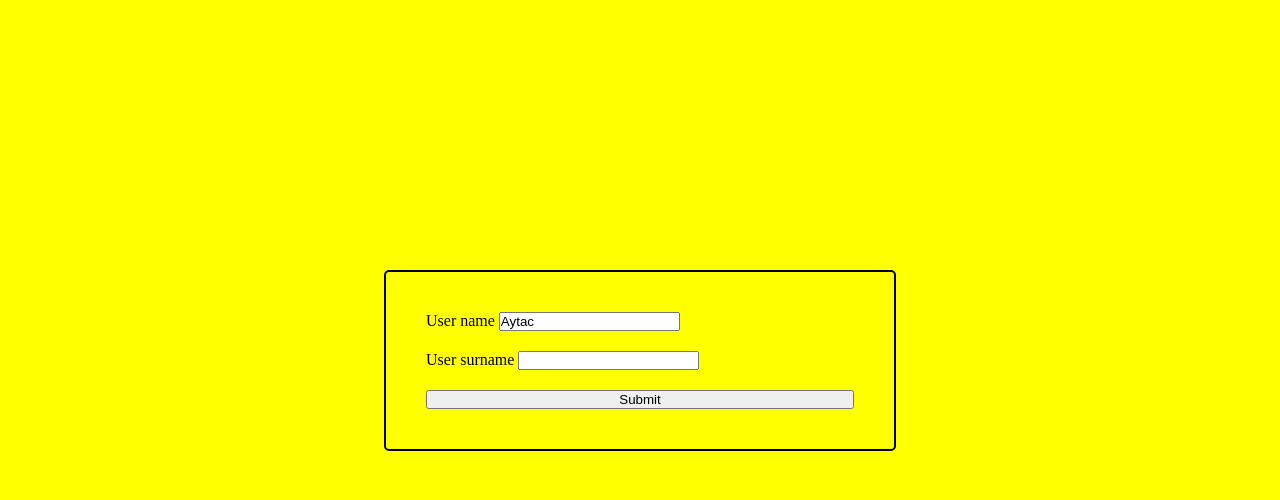
Repository: AytacSafarova/Figma--task
Page: index.html
These files come from the project's save history. The page is drawn as it stood at one moment and after the next save; the edit follows.
The browser window is 1280 px wide. The pictures show the whole page.

Above is the page before, as saved 2023-08-04 15:45:27.

### index.html
<!DOCTYPE html>
<html lang="en">

<head>
    <meta charset="UTF-8">
    <meta name="viewport" content="width=device-width, initial-scale=1.0">
    <title>Document</title>
    <link rel="stylesheet" href="./index.css">
</head>
<body>
    <div class="container">
     <form action="">
        <label for="user-name">
            User name
            <input placeholder="adi daxil edin" name="user-name" type="text" value="Aytac">
        </label>
        <label for="user-surname">
            User surname
            <input name="user-surname" type="text">
        </label>
        <button>
            Submit
        </button>
     </form>
    </div>
</body>
<script src="index.js"></script>

</html>

### index.css
@import url("https://fonts.googleapis.com/css2?family=Roboto&family=Roboto+Slab:wght@700&display=swap");
* {
  margin: 0;
  padding: 0;
  box-sizing: border-box;
}
.container {
  /* padding: 214px 0 231px 121px; */
  width: 100%;
  min-height: 100vh;
  display: flex;
  justify-content:center;
  align-items: center;
  background-color: yellow;
}
.container h1 {
  color: #000;
  font-family: Roboto Slab;
  font-size: 55px;
  font-style: normal;
  font-weight: 700;
  line-height: 101.385%;
}
.container ul {
  margin-top: 62px;
  width: 672px;
}
.container ul li {
  color: #000;
  font-family: Roboto;
  font-size: 24px;
  font-style: normal;
  font-weight: 400;
  line-height: 150%;
}

/* tablet style */
@media screen and (max-width:1024px) {
  .container {
    padding: 127px 0 160px 65px;
  }
  .container h1 {
    font-size: 32px;
  }
  .container ul {
    margin-top: 20px;
    width: 398px;
  }
  .container ul li {
    font-size: 14px;
  }
}

/* mobile style */
@media screen and (max-width: 768px) {

}


span{
  background-color: violet;
  /* display: inline; */
}
.child{
  background-color: teal;
  width: 300px;
  height: 200px;
  margin-right: 20px;

  color: white;
  font-size: 40px;
}

form{
width: 40%;
padding: 40px;
border-radius: 5px;
border:  2px solid black;
display: flex;
flex-direction: column;
gap: 20px;
}


/* CSS */
.button-1 {
  background-color: #EA4C89;
  border-radius: 8px;
  border-style: none;
  box-sizing: border-box;
  color: #FFFFFF;
  cursor: pointer;
  display: inline-block;
  font-family: "Haas Grot Text R Web", "Helvetica Neue", Helvetica, Arial, sans-serif;
  font-size: 14px;
  font-weight: 500;
  height: 40px;
  line-height: 20px;
  list-style: none;
  margin: 0;
  outline: none;
  padding: 10px 16px;
  position: relative;
  text-align: center;
  text-decoration: none;
  transition: color 100ms;
  vertical-align: baseline;
  user-select: none;
  -webkit-user-select: none;
  touch-action: manipulation;
}

.button-1:hover,
.button-1:focus {
  background-color: #F082AC;
}

Loaded but not shown: index.js (no stored copy; drawn as an empty file)

After the next save:
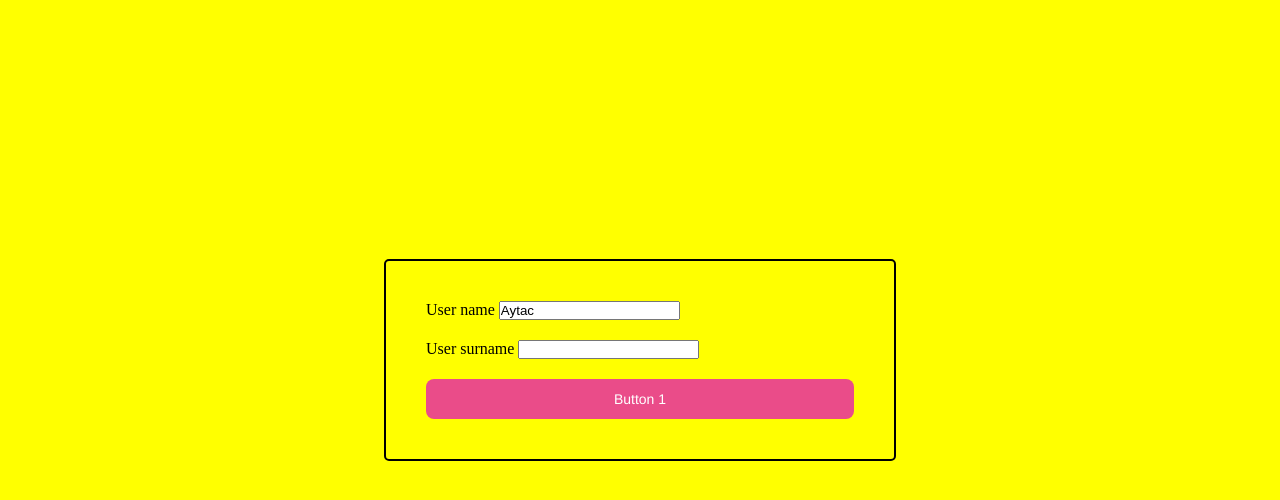
Saved 3 s later.
--- a/index.html
+++ b/index.html
@@ -18,9 +18,8 @@
             User surname
             <input name="user-surname" type="text">
         </label>
-        <button>
-            Submit
-        </button>
+        <button class="button-1" role="button">Button 1</button>
+
      </form>
     </div>
 </body>
